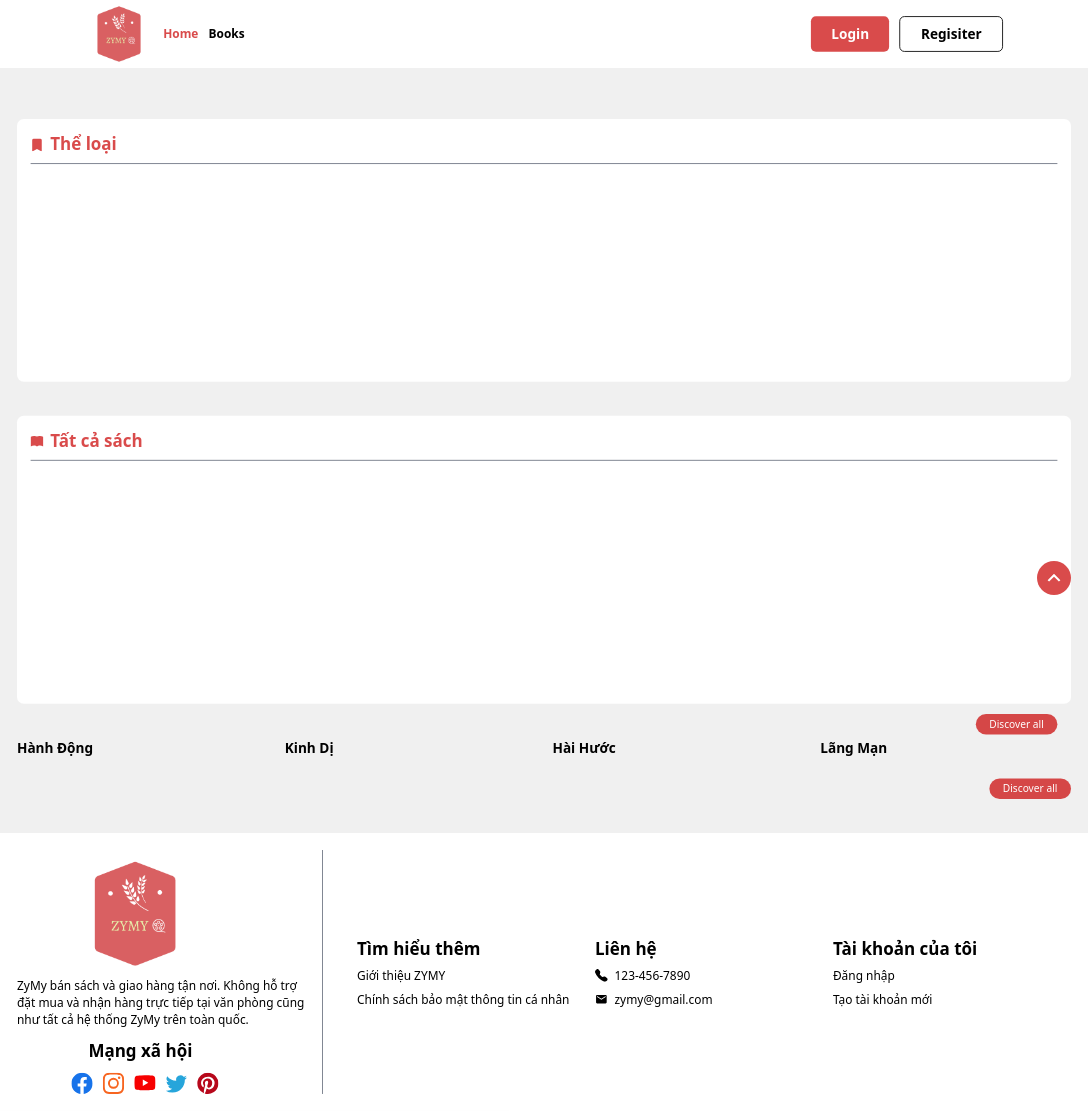
Repository: NguyenDinhThuyVy/website_selling_books
Page: / (app in FrontEnd/)
An editor plug-in stored every save of this project. The page is shown before and after the next save, followed by the edit.
The browser window is 1280 px wide. The pictures show the whole page, at 85% of full size.
The page's requests for data from a server got no answer. The project was rebuilt for these pictures with package versions that can differ from the ones it lists, and the page was loaded fresh each time. Some packages were replaced by stand-ins written for this rebuild. The framework's server and built-in components were replaced by stand-ins that run in the browser. No one was signed in, and anything a server would have sent is missing. Also part of the build but not shown: FrontEnd/next.config.js, FrontEnd/src/components/InforLogin/styles.scss, FrontEnd/src/components/InforLogin/index.jsx, FrontEnd/src/app/(default)/(public)/home/components/CategoryColumn/CategoryColumnContent/index.jsx, FrontEnd/src/styles/CategoryItem.scss, FrontEnd/src/app/(default)/(public)/home/components/CategoryItem/index.jsx, FrontEnd/src/app/(default)/(public)/home/components/BannerItem/index.jsx, FrontEnd/src/styles/BookItem.scss and 1 more.

Above is the page before, as saved 2023-12-29 15:15:45.

After the next save:
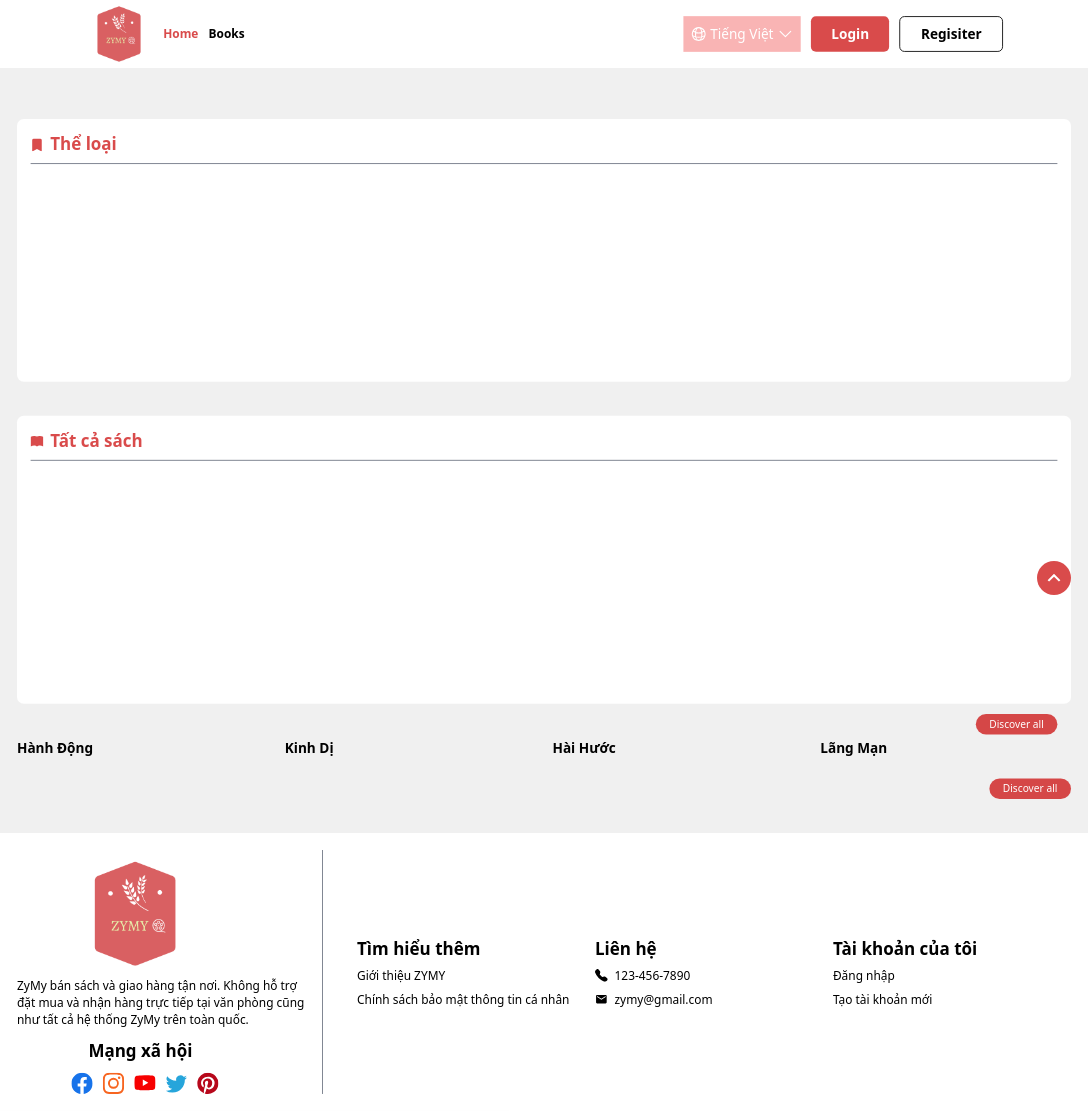
Saved 20 s later.
--- a/FrontEnd/src/components/layout/Header/index.jsx
+++ b/FrontEnd/src/components/layout/Header/index.jsx
@@ -103,9 +103,7 @@ export default function Header() {
         ) : (
           <>
             <Popover
-              className="flex items-center py-1 hover:text-gray-300 cursor-pointer  z-40 bg-[
-#d94c4cff
-] text-white font-medium px-2 "
+              className="flex items-center py-1 hover:text-gray-300 cursor-pointer  z-40 bg-red-500/40 text-white font-medium px-2 "
               renderPopover={
                 <div className="bg-red-300 relative shadow-md rounded-sm border border-gray-200 z-40">
                   <div className="flex flex-col py-2 pr-28 pl-3">
